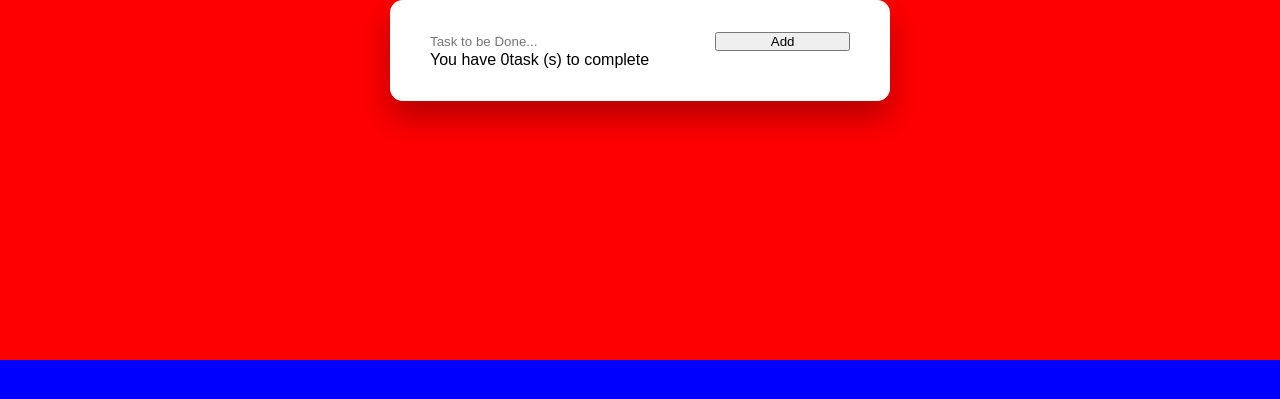
Repository: JunaidAnsari202/Todo-List
Page: index.html
An editor plug-in stored every save of this project. The page is shown before and after a run of saves, followed by the edit.
The browser window is 1280 px wide. The pictures show the whole page.

Above is the page before, as saved 2023-10-30 12:35:59.

### index.html
<!DOCTYPE html>
<html lang="en">
<head>
    <meta charset="UTF-8">
    <meta name="viewport" content="width=device-width, initial-scale=1.0">
    <title>Document</title>
    <link rel="stylesheet" href="style.css">
</head>
<body>
    <div class="app">
        <div class="container">
            <div id="wrapper">
                <input type="text" placeholder="Task to be Done...">
                <button id="btn">Add</button>
            </div>
            <div id="task">
                <p id="pending task">You have <span class="count">0</span>task (s) to complete</p>
            </div>
        </div>
    </div>
</body>
</html>

### style.css
*{
    margin: 0;
    padding: 0;
    box-sizing: border-box;
}

body{
    height: 100vh;
    background: linear-gradient(red 50%,blue 50%);
}

.app{
    font-family: "poppins", sans-serif;
    position: absolute;
    width: min(95vw , 31.25em);
    margin: auto;
    left: 0;
    right: 0;
}

.container{
    padding: 2em 2.5em;
    background-color: #fff;
    box-shadow: 0 1em 2em rgba(0,0,0,0.3);
    border-radius: 0.8em;

}

#wrapper{
    position: relative;
    display: grid;
    grid-template-columns: 8fr 4fr;
    gap: 1em;
}

#wrapper input{
    width: 100%;
    background-color: transparent;
    color: #111111;
    font-size: 0.9;
    border:none;
    border-bottom: ;

}

After the next 5 saves:
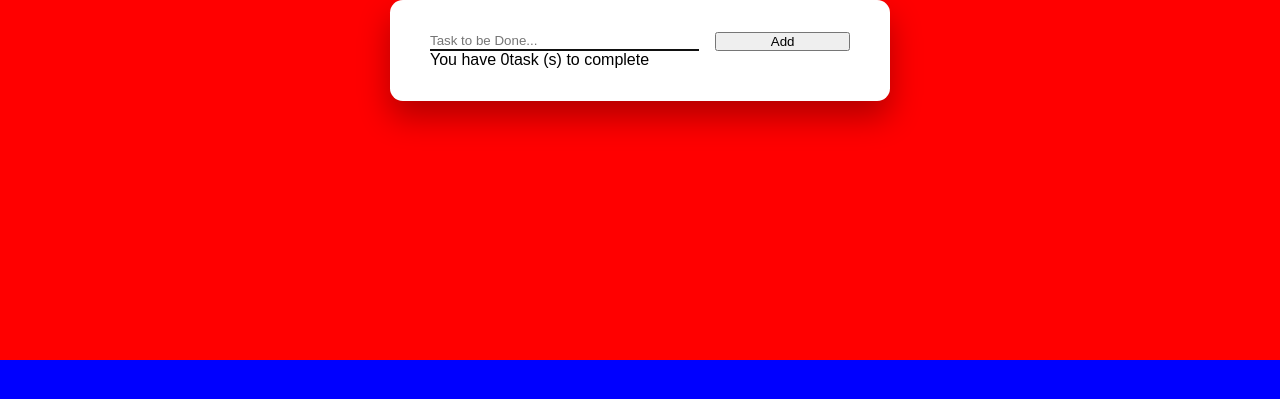
The 5 saves are shown as one change because they came seconds apart.
The last was saved 11 s later.
--- a/style.css
+++ b/style.css
@@ -39,6 +39,6 @@ body{
     color: #111111;
     font-size: 0.9;
     border:none;
-    border-bottom: ;
+    border-bottom: 2px solid ;
 
 }
